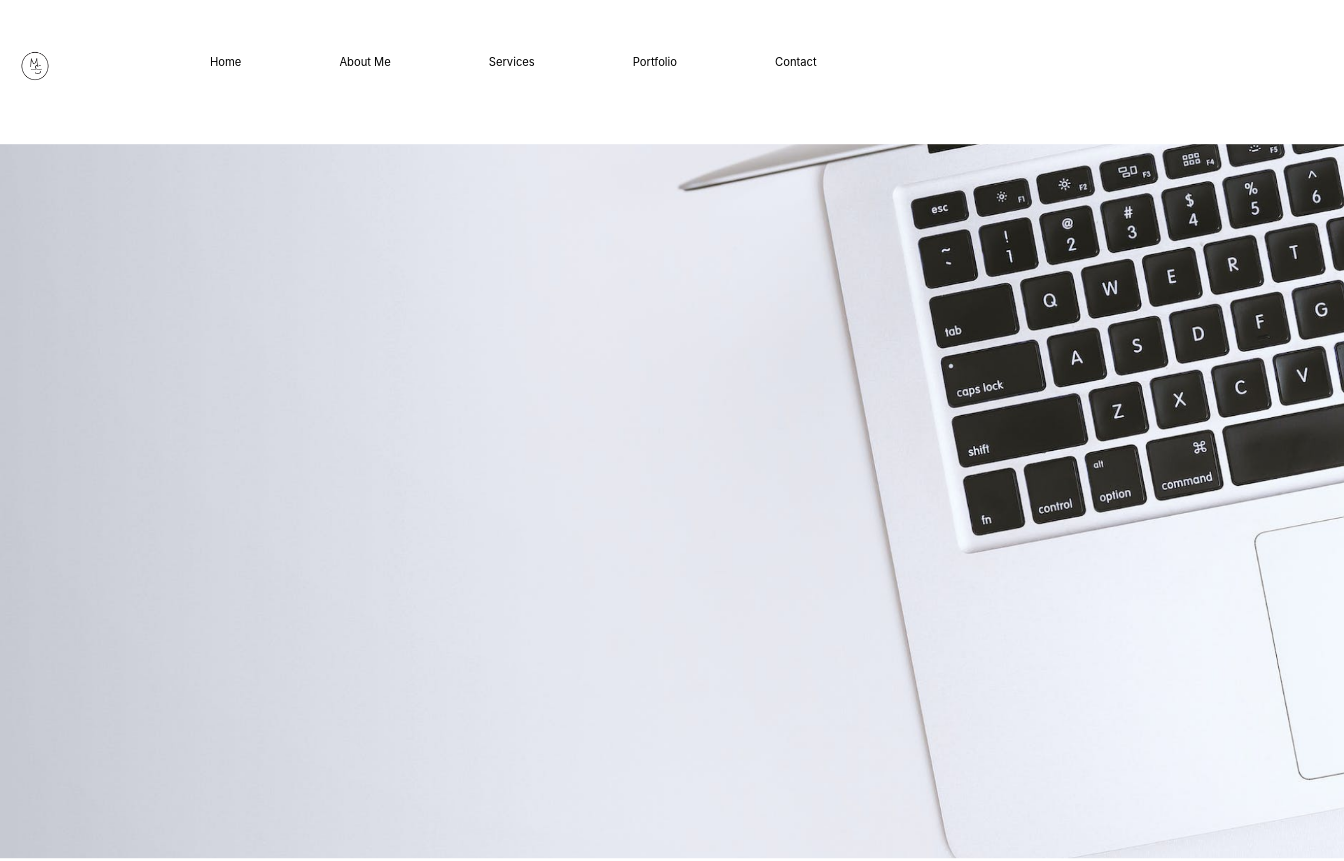
Repository: MEROO1010/Portfolio-2
Page: /
The author's editor kept a copy of each file at every save. The page is drawn from the files as they stood at one save, then again after the next save.
The browser window is 1280 px wide. The page is 1920 px wide, so the pictures cover 1920 px, including what lies to the right of the window. The pictures show the whole page, at 70% of full size.
The project was rebuilt for these pictures with package versions that can differ from the ones it lists, and the page was loaded fresh each time.

Above is the page before, as saved 2023-12-16 11:03:48.

After the next save:
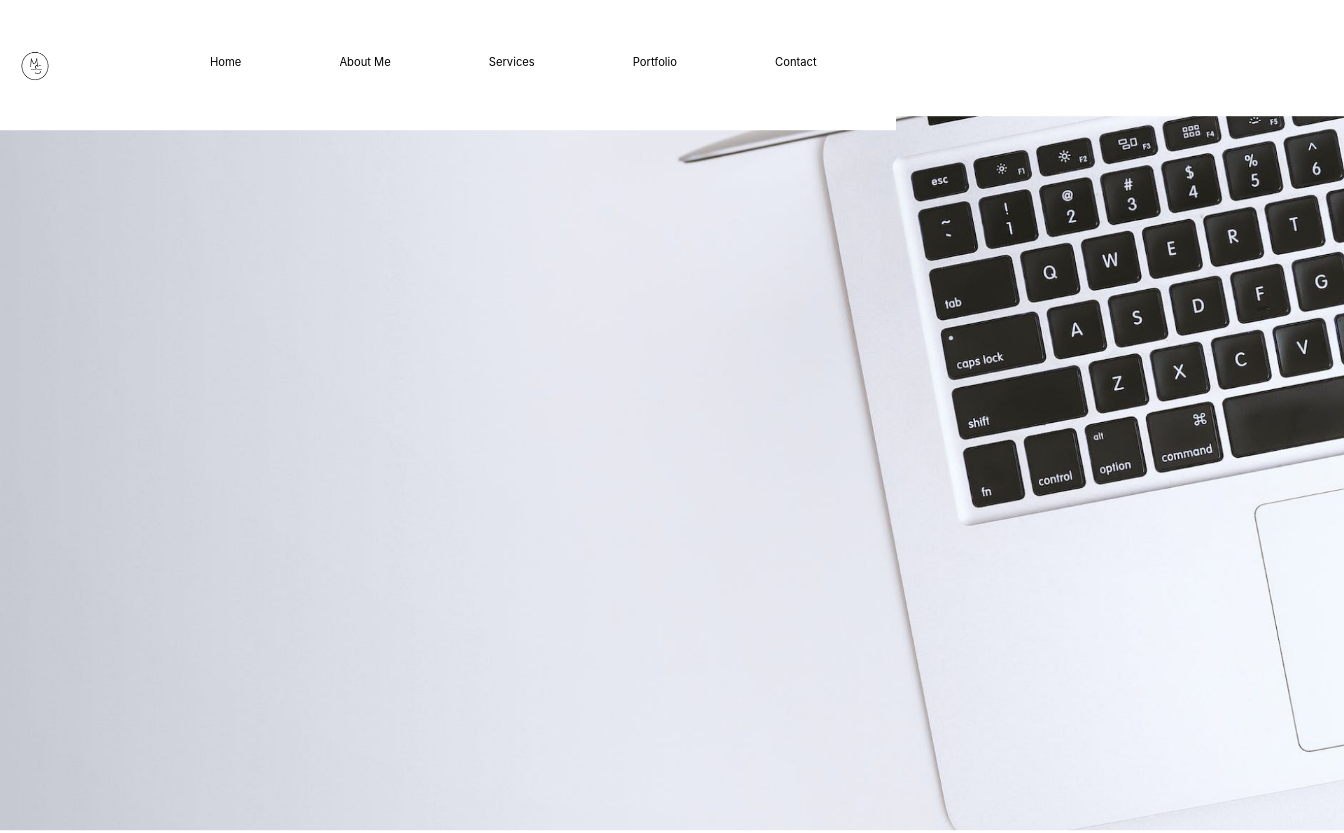
Saved 6 s later.
--- a/src/components/Navbar.js
+++ b/src/components/Navbar.js
@@ -26,7 +26,6 @@ const Container = styled.div `
   background-color:white;
   position:relative;
   top:20px;
-  margin-bottom:40px;
 
 
 
